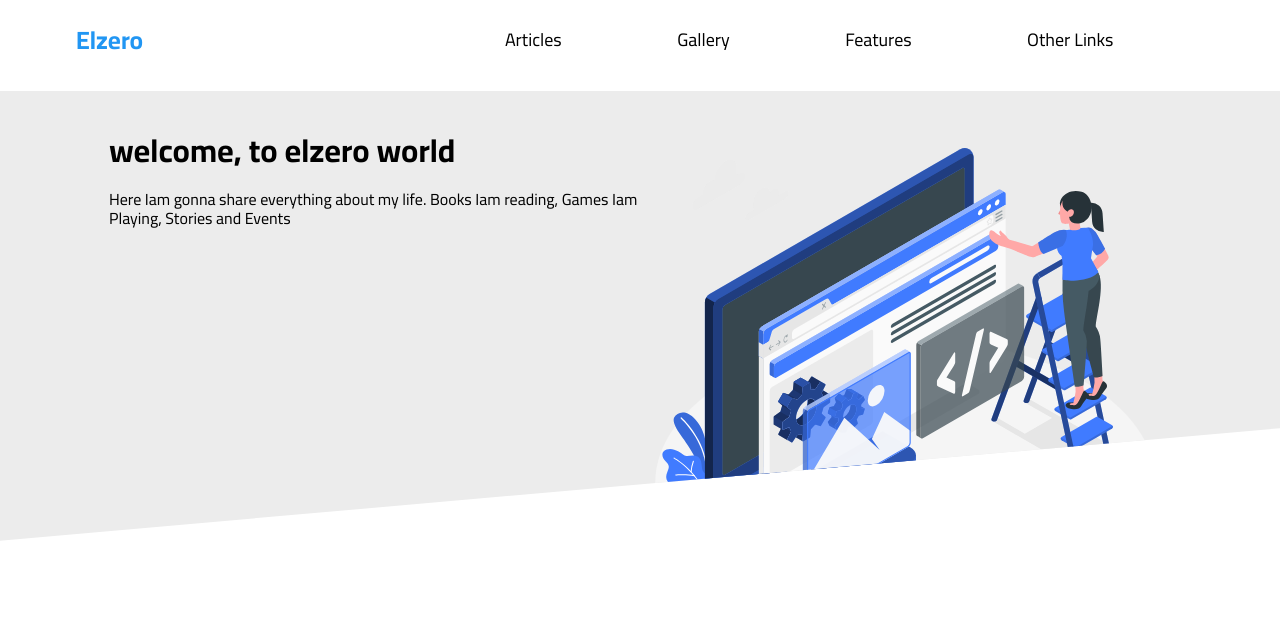
Repository: Toqa-25/elzeroAcdemey-Templete
Page: index.html
These files come from the project's save history. The page is drawn as it stood at one moment and after the next save; the edit follows.
The browser window is 1280 px wide. The pictures show the whole page.

Above is the page before, as saved 2022-01-16 21:21:10.

### index.html
<!DOCTYPE html>
<html lang="en">
<head>
    <meta charset="UTF-8">
    <meta http-equiv="X-UA-Compatible" content="IE=edge">
    <meta name="viewport" content="width=device-width, initial-scale=1.0">
    <!-- normalize file -->
    <link rel="stylesheet" href="css/normalize.css">
    <!-- css files -->
    <link rel="stylesheet" href="css/style.css">
    <!-- fontAwosem file -->
    <link rel="stylesheet" href="css/all.min.css">
     <!-- font files -->
     <link rel="preconnect" href="https://fonts.googleapis.com">
    <link rel="preconnect" href="https://fonts.gstatic.com" crossorigin>
    <link href="https://fonts.googleapis.com/css2?family=Cairo:wght@200;400;700;800;900&display=swap" rel="stylesheet">
    <!-- page title -->
    <title>templete 3</title>
</head>
<body>
    <!-- header section -->
    <header id="" class="">
        <div class="container">
            <div class="header-content">
                <div class="header-content-logo">
                    <a href="index.html" class="logo link-none">Elzero</a>
                </div>
                <nav>
                    <ul class="nav-list unlist">
                        <li class="nav-list-item"> <a href="" class="link-none  link-style" id="articles">articles</a></li>
                        <li class="nav-list-item"> <a href="" class="link-none  link-style" id="gallery">gallery</a></li>
                        <li class="nav-list-item"> <a href="" class="link-none  link-style" id="features">features</a></li>
                        <li class="nav-list-item" id="parent-other-links"> <a href="javascript:;" class="link-none  link-style " >other links</a>
                            <div class="other-links " id="child-other-links">
           <div class="other-links-content">
            <div class="other-links-content-img">
                <img src="images/header/Video files-amico.svg" alt="">
            </div>

            <ul class="other-links-list unlist">
            <div class="other-links-list-group-one">
              <li id="" class="other-links-list-item"><a href="" class="link-none  link-style "><i class="far fa-comments"></i> testimonials</a></li>
              <li id="" class="other-links-list-item"><a href="" class="link-none  link-style "><i class="far fa-user"></i> team member</a></li>
              <li id="" class="other-links-list-item"><a href="" class="link-none  link-style"><i class="far fa-building"></i> services</a></li>
              <li id="" class="other-links-list-item"><a href="" class="link-none  link-style"><i class="far fa-check-circle"></i> our skils</a></li>
              <li id="" class="other-links-list-item"><a href="" class="link-none  link-style"><i class="far fa-clipboard"></i> how it work</a></li>
            </div>
            <div class="other-links-list-group-one">
                <li id="" class="other-links-list-item"><a href="" class="link-none  link-style"><i class="far fa-calendar-alt"></i> events</a></li>
                <li id="" class="other-links-list-item"><a href="" class="link-none  link-style"><i class="fas fa-server"></i> pricing planes</a></li>
                <li id="" class="other-links-list-item"><a href="" class="link-none  link-style"><i class="far fa-play-circle"></i> top video</a></li>
                <li id="" class="other-links-list-item"><a href="" class="link-none  link-style"><i class="fas fa-chart-bar"></i> states</a></li>
                <li id="" class="other-links-list-item"><a href="" class="link-none  link-style"><i class="fas fa-percent"></i> request a discount</a></li>
            </div>
        </ul>
       </div>
       </div>
                        </li>

                    </ul>
                </nav>
            </div>
        </div>
    </header>
    <!-- welcom section -->
    <section id="welcome" class="welcome">
        <div class="container">
            <div class="welcome-content">
                <div class="welcome-content-info">
                    <h1 class="welcome-content-info-head">welcome, to elzero world</h1>
                    <div class="welcoome-content-info-text">Here Iam gonna share everything about my life. Books Iam reading, Games Iam Playing, Stories and Events</div>
                </div>
                <div class="welcome-content-img">
                    <img src="images/welcome/Website setup-amico.svg" alt="" srcset="">
                </div>
            </div>
        </div>

    </section>


       <script src="script.js">

       </script>
</body>
</html>

### css/style.css
 /*
  - container
  -section head

 */
 /* global style */
 :root{
     /* --main-color:#45B2F8; */
     --main-color:#2196F3;
     --s-background:#ececec54;
     --f-background:#ececec;
     --p-color:#D6ECEC;
 }

 *{
     box-sizing: border-box;
     margin: 0;
     padding: 0;
 }
html , body{
    width: 100%;
    height: 100%;
    margin: 0;
    padding: 0;
    overflow: hidden;
}
 body{
     font-family: "Cairo", sans-serif;
 }
 .container{
      width: 90%;
      margin:0 auto;
      /* padding: 15px 0; */
 }
 .link-none{
     text-decoration: none;
 }
 .unlist{
     list-style: none;
 }
 .link-style{
    font-size: 18px;
    text-transform: capitalize;
 }

 /* header style */
 header{
   margin-bottom: 10px;
 }
.header-content{
    display: flex;
    justify-content: space-between;
    align-items: center;
    padding: 10px 12px ;
    margin-bottom: 10px;
}
.logo{
    font-weight: bolder;
    font-size:25px;
    color:var(--main-color)
}

nav{
    width: 70%;
}
.nav-list{
    display: flex;
    justify-content: space-evenly;
    align-items: center;
}
.nav-list-item {
    cursor: pointer;
    color:#000;
    padding: 20px  25px;
    position: relative;
    transition: background-color .2s ;
    -webkit-transition: background-color .2s ;
    -moz-transition: background-color .2s ;
    -ms-transition: background-color .2s ;
    -o-transition: background-color .2s ;
}
.nav-list-item::before{
    content: "";
    height: 3px;
    width: 0;
    background-color: var(--main-color);
    position: absolute;
    top: 0px;
    left: 0;
    transition: width .6s;
    -webkit-transition: width .6s;
    -moz-transition: width .6s;
    -ms-transition: width .6s;
    -o-transition: width .6s;
}
.nav-list-item a{
        color:#000;
}

.nav-list-item:hover  {
    background-color: var(--s-background);
}
.nav-list-item:hover  a {
    color:var(--main-color);
}
.nav-list-item:hover::before{
        width: 100%;
}
#parent-other-links{
    position: relative;
}
#parent-other-links:hover #child-other-links{
    transform:translateY(20px) ;
    -webkit-transform:translateY(20px) ;
    -moz-transform:translateY(20px) ;
    -ms-transform:translateY(20px) ;
    -o-transform:translateY(20px) ;
}
/* media query for header*/
@media (max-width:767px){
    .header-content{
        flex-direction:column ;
        padding:5px 12px;
}
.header-content-logo{
    margin-bottom: 5px;
}
nav{
    width: 80%;
}
.nav-list-item{
    padding:17px 10px;
}
.nav-list-item a{
    font-size: 15px;
}
}
                       /*************************************/
/* style for other links */
.other-links{
 /*margin-top: 10px;
 */margin: 10 auto;
 transform: translatey(1000%);
 -webkit-transform: translatey(1000%);
 -moz-transform: translatey(1000%);
 -ms-transform: translatey(1000%);
 -o-transform: translatey(1000%);
 transition: transform .5s;
 -webkit-transition: transform .5s;
 -moz-transition: transform .5s;
 -ms-transition: transform .5s;
 -o-transition: transform .5s;
}
.other-links-content{
    display: flex;
    border-bottom: 4px solid var(--main-color);
    border-top: 2px solid var(--s-background);
}
.other-links-content-img{
    margin:auto;
}
.other-links-content-img img{
    width: 100%;
}
.other-links-list{
    width:55%;
    display: flex;
    justify-content: space-between;
    padding: 10px;
    align-items: center;
}
.other-links-list-group-one{
    width:45%
}
.other-links-list-item{
    padding: 15px ;
    border-bottom: 1px solid rgba(0, 0, 0, 0.337);
    position: relative;
    cursor: pointer;

}
.other-links-list-item:last-child{
    border:none;
}
.other-links-list-item::before{
    content:"";
    position: absolute;
    top: 0;
    left: 0;
    height: 100%;
    width: 0%;
    background-color: var(--s-background);
    transition:width .5s;
    -webkit-transition:width .5s;
    -moz-transition:width .5s;
    -ms-transition:width .5s;
    -o-transition:width .5s;
}
.other-links-list-item:hover::before{
    width: 100%;
}
.other-links-list-item a{
    font-weight: bold;
    color:var(--main-color)
}
.other-links-list-item > a > i{
 margin-right: 10px;
}
.other{
    transform: translatey(20px);
    -webkit-transform: translatey(20px);
    -moz-transform: translatey(20px);
    -ms-transform: translatey(20px);
    -o-transform: translatey(20px);
}
#child-other-links{
    width:85vw;
    position: absolute;
    right: 5px;
    /* background-color: violet; */
}
@media(max-width:991px){
    #child-other-links{
     width:87vw;
    }
     .other-links-content-img{
        display: none;
    }
    .other-links-list{
        width: 100%;
    }
}
@media(max-width:767px){
    #child-other-links{
        width:100vw;
        margin-right: -166px;
    }
     .other-links-list{
        flex-direction: column;
    }
        .other-links-list-group-one{
    width:100%;
}
.other-links-list-item:last-child{
    border-bottom: 1px solid rgba(0, 0, 0, 0.337);
}
 .other-links-list-item a{
     font-size: 18px;
 }
}
/********************************************************************************************/
/* style for other welcome section */

.welcome{
    /* background-color: var(--s-background);
    clip-path: polygon(0 0, 100% 0, 100% 35%, 0 70%);
    margin-bottom: 500px; */
    /* background-color: var(--s-background);
    clip-path: polygon(0 0, 100% 0, 100% 35%, 0 70%);
    margin-bottom: 500px; */
   background-color: var(--f-background);
    clip-path: polygon(0 0, 100% 0, 100% 75%, 0 100%);
    margin-bottom: 500px;
    padding: 20px 50px;
    height: 450px;
}

.welcome-content{
    display: flex;
}
.welcome-content-info{
    width:50%
}
.welcome-content-img{
    width:50%
}
.welcome-content-img img{
    width:100%
}

### script.js
let otherParent = document.getElementById("parent-other-links");
let otherChild = document.getElementById("child-other-links");
otherParent.onclick = function () {
  otherChild.classList.toggle("other");
};

Loaded but not shown: css/normalize.css (library); css/all.min.css (library)

After the next save:
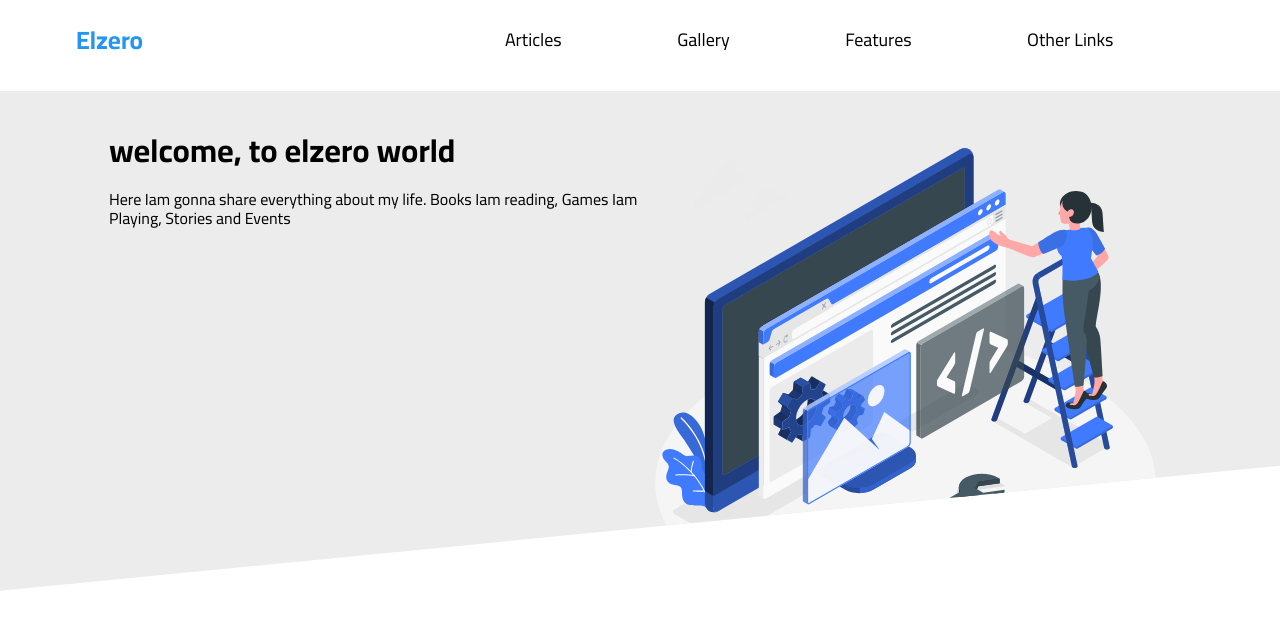
Saved 20 s later.
--- a/css/style.css
+++ b/css/style.css
@@ -262,7 +262,7 @@ nav{
     clip-path: polygon(0 0, 100% 0, 100% 75%, 0 100%);
     margin-bottom: 500px;
     padding: 20px 50px;
-    height: 450px;
+    height: 500px;
 }
 
 .welcome-content{
